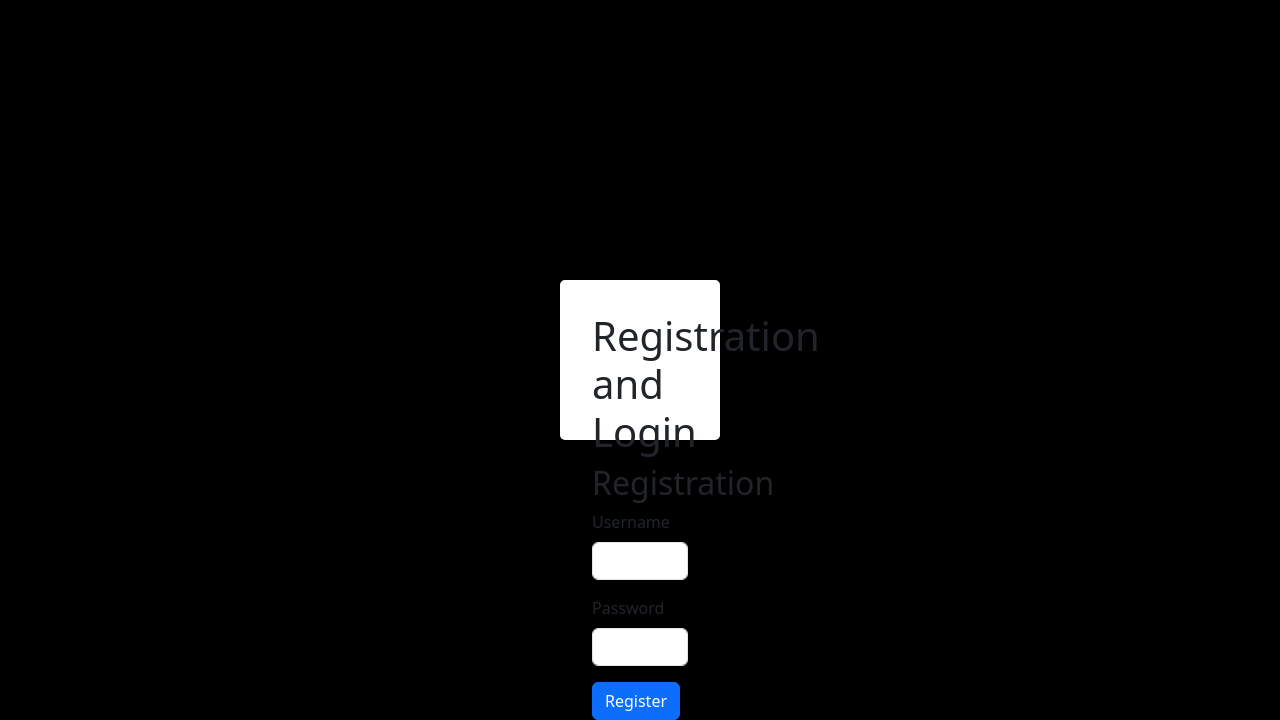
Repository: tran-thien-nhan/quiz_tlln
Page: sign_in_log_in.html
An editor plug-in stored every save of this project. The page is shown before and after the next save, followed by the edit.
The browser window is 1280 px wide. The pictures show the whole page.

Above is the page before, as saved 2023-06-27 15:49:00.

### sign_in_log_in.html
<!DOCTYPE html>
<html lang="en">

<head>
  <meta charset="UTF-8">
  <meta name="viewport" content="width=device-width, initial-scale=1.0">
  <link rel="stylesheet" href="https://cdn.jsdelivr.net/npm/bootstrap@5.3.0/dist/css/bootstrap.min.css">
  <style>
    body {
      background-color: black;
      display: flex;
      justify-content: center;
      align-items: center;
      height: 100vh;
    }

    .container {
      background-color: #fff;
      padding: 2rem;
      width: 10rem;
      height: 10rem;
      border-radius: 5px;
    }
  </style>
  <title>Registration and Login</title>
</head>

<body>
  <div class="container">
    <h1>Registration and Login</h1>
    <div id="registration-form">
      <h2>Registration</h2>
      <form id="registerForm">
        <div class="mb-3">
          <label for="registerUsername" class="form-label">Username</label>
          <input type="text" class="form-control" id="registerUsername" required>
        </div>
        <div class="mb-3">
          <label for="registerPassword" class="form-label">Password</label>
          <input type="password" class="form-control" id="registerPassword" required>
        </div>
        <button type="submit" class="btn btn-primary">Register</button>
      </form>
    </div>

    <div id="login-form" style="display: none;">
      <h2>Login</h2>
      <form id="loginForm">
        <div class="mb-3">
          <label for="loginUsername" class="form-label">Username</label>
          <input type="text" class="form-control" id="loginUsername" required>
        </div>
        <div class="mb-3">
          <label for="loginPassword" class="form-label">Password</label>
          <input type="password" class="form-control" id="loginPassword" required>
        </div>
        <button type="submit" class="btn btn-primary">Login</button>
      </form>
    </div>
  </div>

  <script>
    // Function to set a cookie
    function setCookie(name, value, days) {
      var expires = "";
      if (days) {
        var date = new Date();
        date.setTime(date.getTime() + (days * 24 * 60 * 60 * 1000));
        expires = "; expires=" + date.toUTCString();
      }
      document.cookie = name + "=" + (value || "") + expires + "; path=/";
    }

    // Function to get a cookie value
    function getCookie(name) {
      var nameEQ = name + "=";
      var ca = document.cookie.split(';');
      for (var i = 0; i < ca.length; i++) {
        var c = ca[i];
        while (c.charAt(0) == ' ') {
          c = c.substring(1, c.length);
        }
        if (c.indexOf(nameEQ) == 0) {
          return c.substring(nameEQ.length, c.length);
        }
      }
      return null;
    }

    // Function to delete a cookie
    function deleteCookie(name) {
      document.cookie = name + '=; expires=Thu, 01 Jan 1970 00:00:01 GMT; path=/;';
    }

    // Registration form submission handler
    document.getElementById("registerForm").addEventListener("submit", function (event) {
      event.preventDefault();
      var username = document.getElementById("registerUsername").value;
      var password = document.getElementById("registerPassword").value;
      setCookie("username", username, 7);
      setCookie("password", password, 7);
      document.getElementById("registration-form").style.display = "none";
      document.getElementById("login-form").style.display = "block";
    });

    // Login form submission handler
    document.getElementById("loginForm").addEventListener("submit", function (event) {
      event.preventDefault();
      var username = document.getElementById("loginUsername").value;
      var password = document.getElementById("loginPassword").value;
      var storedUsername = getCookie("username");
      var storedPassword = getCookie("password");
      if (username === storedUsername && password === storedPassword) {
        alert("Login successful!");
        window.location.href = "index.html"; // Chuyển hướng sang trang index.html
      } else {
        alert("Invalid username or password.");
      }
    });

  </script>
</body>

</html>

After the next save:
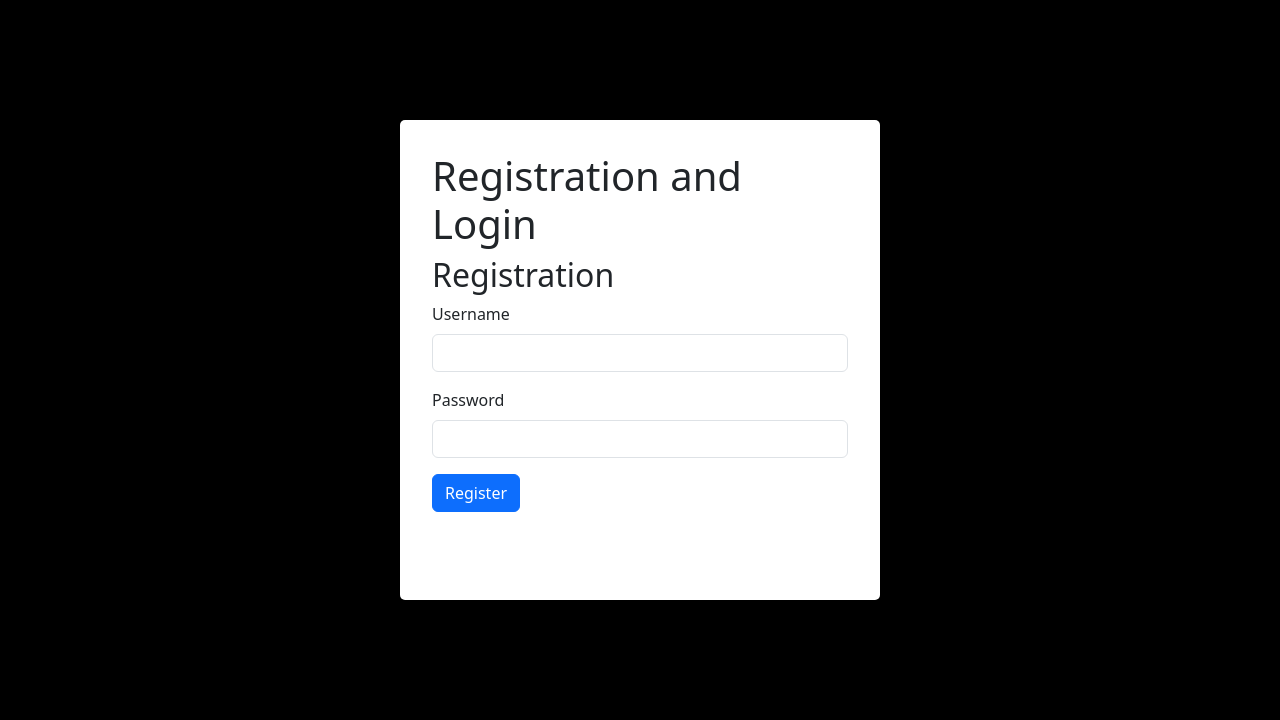
Saved 40 s later.
--- a/sign_in_log_in.html
+++ b/sign_in_log_in.html
@@ -17,8 +17,8 @@
     .container {
       background-color: #fff;
       padding: 2rem;
-      width: 10rem;
-      height: 10rem;
+      width: 30rem;
+      height: 30rem;
       border-radius: 5px;
     }
   </style>
